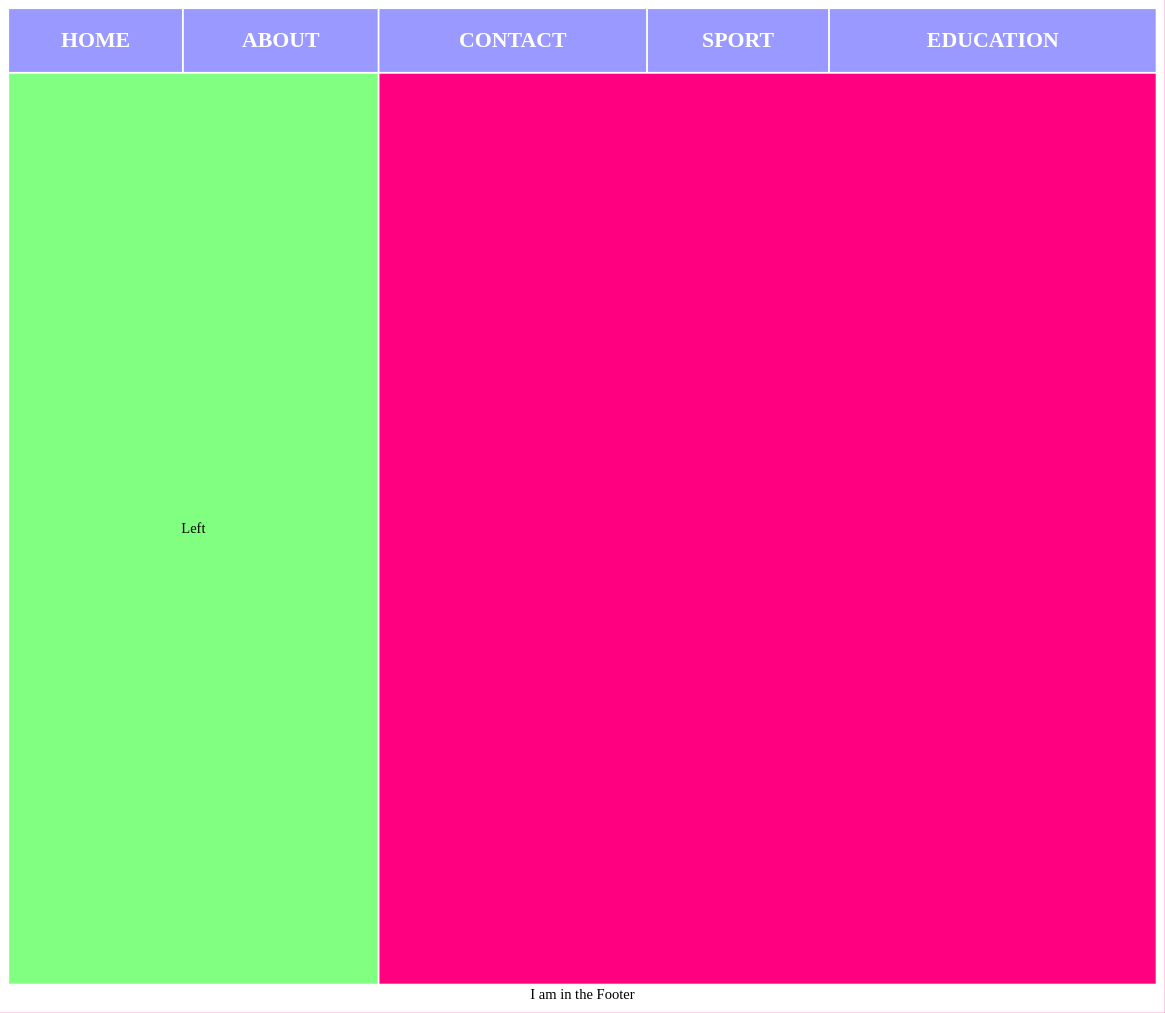
Repository: LiamMcC/webforDunboyne
Page: memewebsite/index.html
The author's editor kept a record of every edit. The page is drawn from the files as they stood at one moment, then again after the next edit.
The browser window is 1280 px wide. The pictures show the whole page, at 91% of full size.

Above is the page before.

### memewebsite/index.html
<!DOCTYPE html>
<html>
  <head>
    <meta charset="UTF-8">
    <title>CDM Meme Wonderfullness</title>
  </head>
  <body>

      <table style="width:100%;text-align:center;">
         <tr style="background-color:#9999ff; height: 50px;">
             <td><h2 style="color:#ffffff">HOME</h2></td>
             <td><h2 style="color:#ffffff">ABOUT</h2></td>
             <td><h2 style="color:#ffffff">CONTACT</h2></td>
             <td><h2 style="color:#ffffff">SPORT</h2></td>
            <td><h2 style="color:#ffffff">EDUCATION</h2></td>


         </tr>

          <tr style="height:1000px;">
              <!-- Left menu -->
              <td colspan="2" style="background-color:#80ff80;">Left</td>

              <!-- Main content -->

              <td colspan="3" style="background-color:#ff0080;">





                  </td>
          </tr>

          <tr>
              <td colspan="5">I am in the Footer</td>


          </tr>



      </table>











  </body>
</html>

After the next edit:
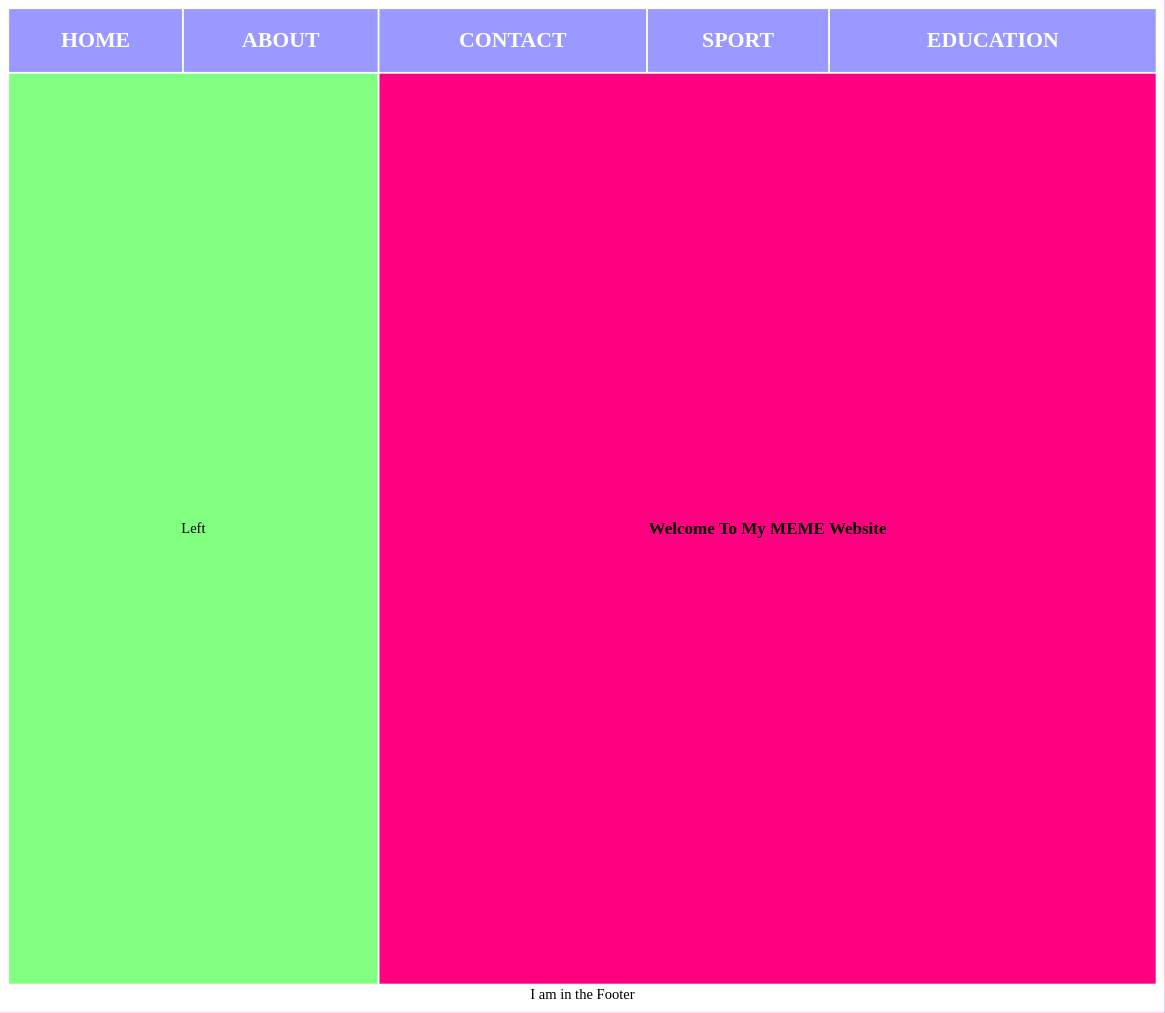
The edit:
--- a/memewebsite/index.html
+++ b/memewebsite/index.html
@@ -25,7 +25,7 @@
 
               <td colspan="3" style="background-color:#ff0080;">
 
-
+                  <h3>Welcome To My MEME Website</h3>
 
 
 
